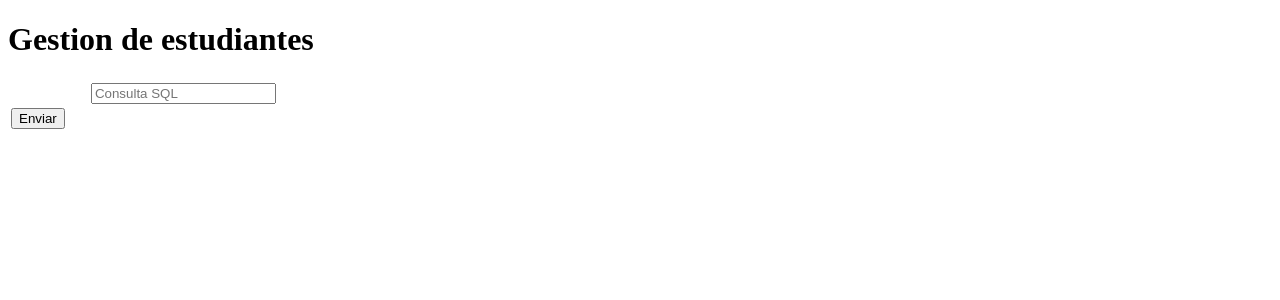
Repository: Carlos-Mar14/JAVA-JEE
Page: gestestjdbc/src/main/webapp/index.html
These files come from the project's save history. The page is drawn as it stood at one moment and after the next save; the edit follows.
The browser window is 1280 px wide. The pictures show the whole page.

Above is the page before, as saved 2024-06-07 17:07:07.

After the next save:
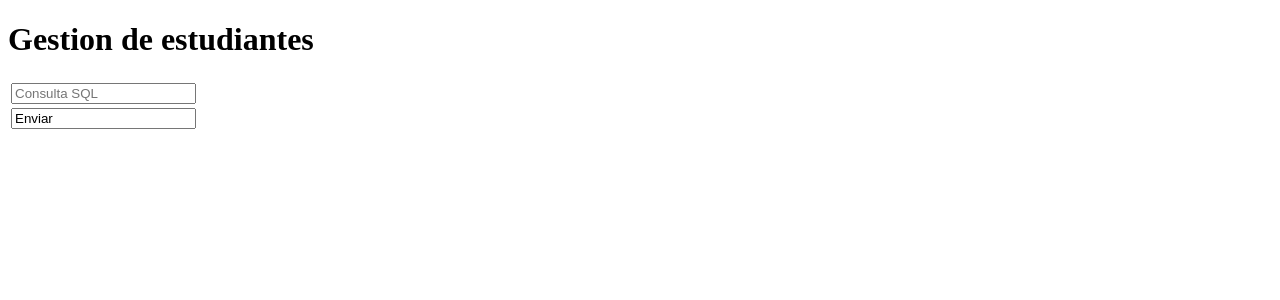
Saved 42 s later.
--- a/gestestjdbc/src/main/webapp/index.html
+++ b/gestestjdbc/src/main/webapp/index.html
@@ -9,12 +9,11 @@
 	<form method="post" action="Controlador">
 		<table>
 			<tr>
-				<td align="right" width="20%"></td>
 				<td width="60%"><input type="text" name="id" placeholder="Consulta SQL"></td>
 			</tr>
 			<tr>
 				<td>
-					<input type="submit" value="Enviar">
+					<input width="60% type="submit" value="Enviar">
 				</td>
 			</tr>
 		</table>
